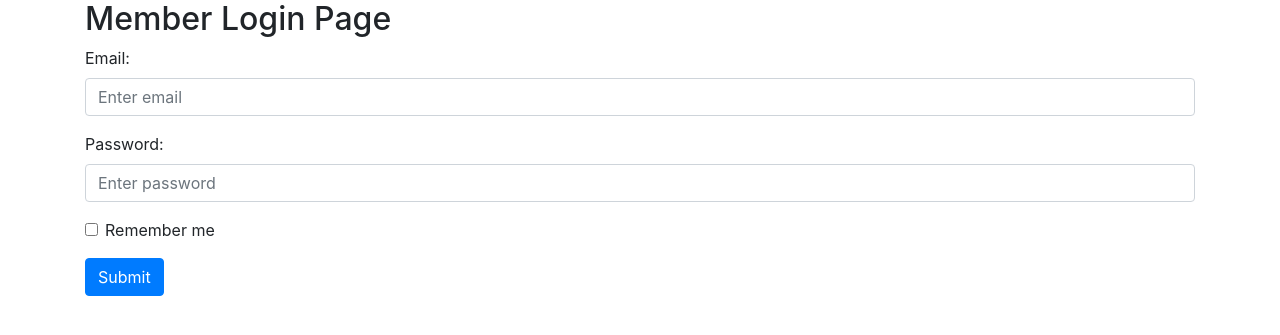
Repository: kurunai/jsp3
Page: http://localhost/jsp_project2/mem/login
The author's editor kept a copy of each file at every save. The page is drawn from the files as they stood at one save, then again after the next save.
The browser window is 1280 px wide. The pictures show the whole page.
The page is served by Tomcat 9. Other server files are loaded and not shown.

Above is the page before, as saved 2022-08-29 06:19:21.

### _jsp3_workspace/jsp_project2/src/main/webapp/member/login.jsp
<%@ page language="java" contentType="text/html; charset=UTF-8"
    pageEncoding="UTF-8"%>
<%@ taglib uri="http://java.sun.com/jsp/jstl/core" prefix="c"%>
<!DOCTYPE html>
<html lang="en">
<head>
  <title>Login Page</title>
  <meta charset="utf-8">
  <meta name="viewport" content="width=device-width, initial-scale=1">
  <link rel="stylesheet" href="https://cdn.jsdelivr.net/npm/bootstrap@4.6.1/dist/css/bootstrap.min.css">
  <script src="https://cdn.jsdelivr.net/npm/jquery@3.6.0/dist/jquery.slim.min.js"></script>
  <script src="https://cdn.jsdelivr.net/npm/popper.js@1.16.1/dist/umd/popper.min.js"></script>
  <script src="https://cdn.jsdelivr.net/npm/bootstrap@4.6.1/dist/js/bootstrap.bundle.min.js"></script>
</head>
<body>

<div class="container">
  <h2>Member Login Page</h2>
  <form action="/action_page.php">
    <div class="form-group">
      <label for="email">Email:</label>
      <input type="email" class="form-control" id="email" placeholder="Enter email" name="email">
    </div>
    <div class="form-group">
      <label for="pwd">Password:</label>
      <input type="password" class="form-control" id="pwd" placeholder="Enter password" name="pswd">
    </div>
    <div class="form-group form-check">
      <label class="form-check-label">
        <input class="form-check-input" type="checkbox" name="remember"> Remember me
      </label>
    </div>
    <button type="submit" class="btn btn-primary">Submit</button>
  </form>
</div>

</body>
</html>



<!-- <!DOCTYPE html>
<html>
<head>
<meta charset="UTF-8">
<title>Insert title here</title>
</head>
<body>
	<h1>Login Page</h1>
	<form action="/mem/login_auth" method="post">
		Email : <input type="email" name="email"><br>
		Password : <input type="password" name="pwd"><br>
		<button type="submit">login</button>
	</form>
</body>
</html> -->

### _jsp3_workspace/jsp_project2/src/main/java/controller/MemberController.java
package controller;

import java.io.IOException;

import javax.servlet.RequestDispatcher;
import javax.servlet.ServletException;
import javax.servlet.annotation.WebServlet;
import javax.servlet.http.HttpServlet;
import javax.servlet.http.HttpServletRequest;
import javax.servlet.http.HttpServletResponse;
import javax.servlet.http.HttpSession;

import org.slf4j.Logger;
import org.slf4j.LoggerFactory;

import domain.MemberVO;
import service.MemberService;
import service.MemberServiceImpl;


@WebServlet("/mem/*")
public class MemberController extends HttpServlet {
	private static final long serialVersionUID = 1L;
	private static final Logger log = LoggerFactory.getLogger(MemberController.class);
	private RequestDispatcher rdp; // 응답에 대한 요청과 응답을 주고 받는 값.
	private MemberService msv;
	private String destPage; //목적지 페이지
	private int isUp; //완료된 요청에 대한 값.


    public MemberController() {
        msv = new MemberServiceImpl(); //구현 클래스
    }

	protected void service(HttpServletRequest req, HttpServletResponse res) throws ServletException, IOException {
		req.setCharacterEncoding("utf-8");
		res.setCharacterEncoding("utf-8");
		res.setContentType("text/html; charset=utf-8");

		String uri = req.getRequestURI(); // /mem/list 식으로 표현
		String path = uri.substring(uri.lastIndexOf("/")+1);	// /list   +1(다음값) 해주면 / 제외하고
		log.info(">>> URI : " + uri);
		log.info(">>> path : " + path); //check 값이 잘 나오는지 체크

		switch(path) {
		case "login":	// login page open
			destPage = "/member/login.jsp";
			break;

		case "login_auth":	//login작업이 일어나는 위치
			MemberVO mvo = msv.login(new MemberVO(
					req.getParameter("email"),
					req.getParameter("pwd")));
			if(mvo != null) {
				//세션을 가져오기
				//연결된 세션이 없다면 새로 생성
				HttpSession ses = req.getSession();
				//ses로 mvo를 바인딩 한다.
				ses.setAttribute("ses", mvo);
				ses.setMaxInactiveInterval(600);	// 초단위 60*10 = 10분
			}else {
				req.setAttribute("msg_login", 0);	//false란 의미의 0
			}
			destPage = "/"; 	//index페이지
			break;

		case "logout":
			//연결된 세션이 있다면 해당 세션 가져오기
			HttpSession ses = req.getSession();
			ses.invalidate();	//접속 끊기
			//로그인 정보 email 값을 가져와서 로그인 시간 update
			isUp = msv.lastLogin(req.getParameter("email"));
			log.info(">>> logout : " + (isUp > 0 ? "ok" : "fai;"));
			destPage = "/";
			break;

		case "join":	//회원가입 page open
			destPage = "/member/join.jsp";
			break;

		case "register":	//회원가입이 일어나는 위치
			isUp = msv.register(new MemberVO(
					req.getParameter("email"),
					req.getParameter("pwd"),
					req.getParameter("nick_name")));
			log.info(">>> join > " + (isUp > 0 ? "ok" : "fail"));
			destPage = "login";	//index로 가고 싶다면 "/"
			break;

		case "list":	//전체 리스트 검색
			req.setAttribute("list", msv.getList());
			destPage = "/member/list.jsp";
			break;

		case "modify":	//번호를 주고 해당 번호의 값 1개를 검색해서 open 파일에 전달
			req.setAttribute("mvo", msv.getDetail(req.getParameter("email")));
			destPage = "/member/modify.jsp";
			break;

		case "update":	//실제 수정이 일어나는 위치
			isUp = msv.modify(new MemberVO(
					req.getParameter("email"),
					req.getParameter("pwd"),
					req.getParameter("nick_name")));
			log.info(">>> Update > " + (isUp > 0 ? "ok" : "fail"));
			destPage = "list";
			break;

		case "remove":	//실제 삭제가 일어나는 위치
			isUp = msv.remove(req.getParameter("email"));
			log.info(">>> remove > " + (isUp > 0 ? "ok" : "fail"));
			destPage = "list";
			break;

		}

		rdp = req.getRequestDispatcher(destPage);
		rdp.forward(req, res);
	}

	protected void doGet(HttpServletRequest request, HttpServletResponse response) throws ServletException, IOException {
		service(request, response);
	}


	protected void doPost(HttpServletRequest request, HttpServletResponse response) throws ServletException, IOException {
		service(request, response);
	}

}

### _jsp3_workspace/jsp_project2/src/main/java/service/MemberServiceImpl.java
package service;

import java.util.List;

import org.slf4j.Logger;
import org.slf4j.LoggerFactory;

import domain.MemberVO;
import repository.MemberDAO;
import repository.MemberDAOImpl;

public class MemberServiceImpl implements MemberService {
	private static Logger log = LoggerFactory.getLogger(MemberServiceImpl.class);
	private MemberDAO mdao;

	public MemberServiceImpl() {
		mdao = new MemberDAOImpl();
	}

	@Override
	public int register(MemberVO mvo) {
		//DAO에게 요청
		log.info(">>> register > {service}");
		return mdao.insert(mvo);
	}

	@Override
	public MemberVO login(MemberVO mvo) {
		log.info(">>> login > {service}");
		return mdao.selectOne(mvo);
	}

	@Override
	public int lastLogin(String email) {
		log.info(">>> lastLogin > {service}");
		return mdao.updateLogin(email);
	}

	@Override
	public List<MemberVO> getList() {
		log.info(">>> list > {service}");
		return mdao.selectList();
	}

	@Override
	public MemberVO getDetail(String email) {
		log.info(">>> detail > {service}");
		return mdao.selectOne(email);
	}

	@Override
	public int modify(MemberVO mvo) {
		log.info(">>> modify > {service}");
		return mdao.update(mvo);
	}

	@Override
	public int remove(String email) {
		log.info(">>> remove > {service}");
		return mdao.delete(email);
	}

}

### _jsp3_workspace/jsp_project2/src/main/java/repository/MemberDAO.java
package repository;

import java.util.List;

import domain.MemberVO;

public interface MemberDAO {

	int insert(MemberVO mvo);

	MemberVO selectOne(MemberVO mvo);

	int updateLogin(String email);

	List<MemberVO> selectList();

	MemberVO selectOne(String email);

	int update(MemberVO mvo);

	int delete(String email);

}

### _jsp3_workspace/jsp_project2/src/main/java/repository/MemberDAOImpl.java
package repository;

import java.util.List;

import org.apache.ibatis.session.SqlSession;
import org.slf4j.Logger;
import org.slf4j.LoggerFactory;

import domain.MemberVO;
import orm.DatabaseBuilder;

public class MemberDAOImpl implements MemberDAO {
	private static Logger log = LoggerFactory.getLogger(MemberDAOImpl.class);
	//DB연결
	private SqlSession sql;
	private final String NS = "MemberMapper.";

	public MemberDAOImpl() {
		new DatabaseBuilder();
		sql = DatabaseBuilder.getFactory().openSession();
	}

	@Override
	public int insert(MemberVO mvo) {
		log.info(">>> register > {DAO}");
		int isUp = sql.insert(NS+"reg", mvo);
		if(isUp > 0) {
			sql.commit();
		}
		return isUp;
	}

	@Override
	public MemberVO selectOne(MemberVO mvo) {
		log.info(">>> login > {DAO}");
		return sql.selectOne(NS+"login", mvo);
	}

	@Override
	public int updateLogin(String email) {
		log.info(">>> lastLogin > {DAO}");
		int isUp = sql.update(NS+"last", email);
		if(isUp > 0) {
			sql.commit();
		}
		return isUp;
	}

	@Override
	public List<MemberVO> selectList() {
		log.info(">>> list > {DAO}");
		return sql.selectList(NS+"list");
	}

	@Override
	public MemberVO selectOne(String email) {
		log.info(">>> detail > {DAO}");
		return sql.selectOne(NS+"detail", email);
	}

	@Override
	public int update(MemberVO mvo) {
		log.info(">>> modify > {DAO}");
		int isUp = sql.update(NS+"mod", mvo);
		if(isUp > 0) {
			sql.commit();
		}
		return isUp;
	}

	@Override
	public int delete(String email) {
		log.info(">>> remove > {DAO}");
		int isUp = sql.delete(NS+"del", email);
		if(isUp > 0) {
			sql.commit();
		}
		return isUp;
	}

}

### _jsp3_workspace/jsp_project2/src/main/java/orm/DatabaseBuilder.java
package orm;

import java.io.IOException;

import org.apache.ibatis.io.Resources;
import org.apache.ibatis.session.SqlSessionFactory;
import org.apache.ibatis.session.SqlSessionFactoryBuilder;

public class DatabaseBuilder {
	private  static SqlSessionFactory factory;

	static {
		try {
			factory = new SqlSessionFactoryBuilder().build(Resources.
					getResourceAsReader("orm/MybatisConfig.xml"));
		} catch (IOException e) {
			//mybatis 설정 오류시
			e.printStackTrace();
		}


	}

	public static SqlSessionFactory getFactory() {
		return factory;
	}
}

### _jsp3_workspace/jsp_project2/src/main/java/domain/MemberVO.java
package domain;

public class MemberVO {
	private String email;
	private String pwd;
	private String nick_name;
	private String reg_at;
	private String last_login;

	//기본생성자
	public MemberVO() {}

	//login
	public MemberVO(String email, String pwd) {
		this.email = email;
		this.pwd = pwd;
	}
	//join, modify
	public MemberVO(String email, String pwd, String nick_name) {
		this(email, pwd);
		this.nick_name = nick_name;
	}
	//list
	public MemberVO(String email, String pwd, String nick_name, String reg_at, String last_login) {
		this(email, pwd, nick_name);
		this.reg_at = reg_at;
		this.last_login = last_login;
	}
		public String getEmail() {
		return email;
	}

	public void setEmail(String email) {
		this.email = email;
	}

	public String getPwd() {
		return pwd;
	}

	public void setPwd(String pwd) {
		this.pwd = pwd;
	}

	public String getNick_name() {
		return nick_name;
	}

	public void setNick_name(String nick_name) {
		this.nick_name = nick_name;
	}

	public String getReg_at() {
		return reg_at;
	}

	public void setReg_at(String reg_at) {
		this.reg_at = reg_at;
	}

	public String getLast_login() {
		return last_login;
	}

	public void setLast_login(String last_login) {
		this.last_login = last_login;
	}

}

### _jsp3_workspace/jsp_project2/src/main/java/domain/BoardVO.java
package domain;

public class BoardVO {
	private int bno;
	private String title;
	private String writer;
	private String content;
	private String reg_date;

	//기본생성자
	public BoardVO () {}

	//insert (title, writer, content)
	public BoardVO (String title, String writer, String content) {
		this.title = title;
		this.writer = writer;
		this.content = content;
	}

	//list(bno, title, writer, reg_date)
	public BoardVO (int bno, String title, String writer, String reg_date) {
		this.bno = bno;
		this.title = title;
		this.writer = writer;
		this.reg_date = reg_date;

	}

	//detail(all)
	public BoardVO (int bno, String title, String writer, String content, String reg_date) {
		this(bno, title, writer, reg_date);
		this.content = content;
	}

	//update(bno, title, content)
	public BoardVO (int bno, String title, String content) {
		this.bno = bno;
		this.title = title;
		this.content = content;
	}

	public int getBno() {
		return bno;
	}

	public void setBno(int bno) {
		this.bno = bno;
	}

	public String getTitle() {
		return title;
	}

	public void setTitle(String title) {
		this.title = title;
	}

	public String getWriter() {
		return writer;
	}

	public void setWriter(String writer) {
		this.writer = writer;
	}

	public String getContent() {
		return content;
	}

	public void setContent(String content) {
		this.content = content;
	}

	public String getReg_date() {
		return reg_date;
	}

	public void setReg_date(String reg_date) {
		this.reg_date = reg_date;
	}

}

After the next save:
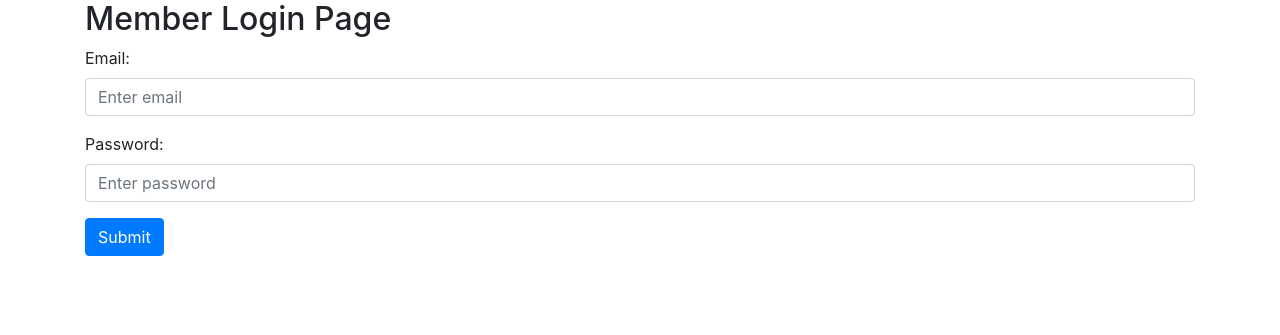
Saved 96 s later.
--- a/_jsp3_workspace/jsp_project2/src/main/webapp/member/login.jsp
+++ b/_jsp3_workspace/jsp_project2/src/main/webapp/member/login.jsp
@@ -16,19 +16,14 @@
 
 <div class="container">
   <h2>Member Login Page</h2>
-  <form action="/action_page.php">
+  <form action="/mem/login_auth" method="post">
     <div class="form-group">
       <label for="email">Email:</label>
       <input type="email" class="form-control" id="email" placeholder="Enter email" name="email">
     </div>
     <div class="form-group">
       <label for="pwd">Password:</label>
-      <input type="password" class="form-control" id="pwd" placeholder="Enter password" name="pswd">
-    </div>
-    <div class="form-group form-check">
-      <label class="form-check-label">
-        <input class="form-check-input" type="checkbox" name="remember"> Remember me
-      </label>
+      <input type="password" class="form-control" id="pwd" placeholder="Enter password" name="pwd">
     </div>
     <button type="submit" class="btn btn-primary">Submit</button>
   </form>
